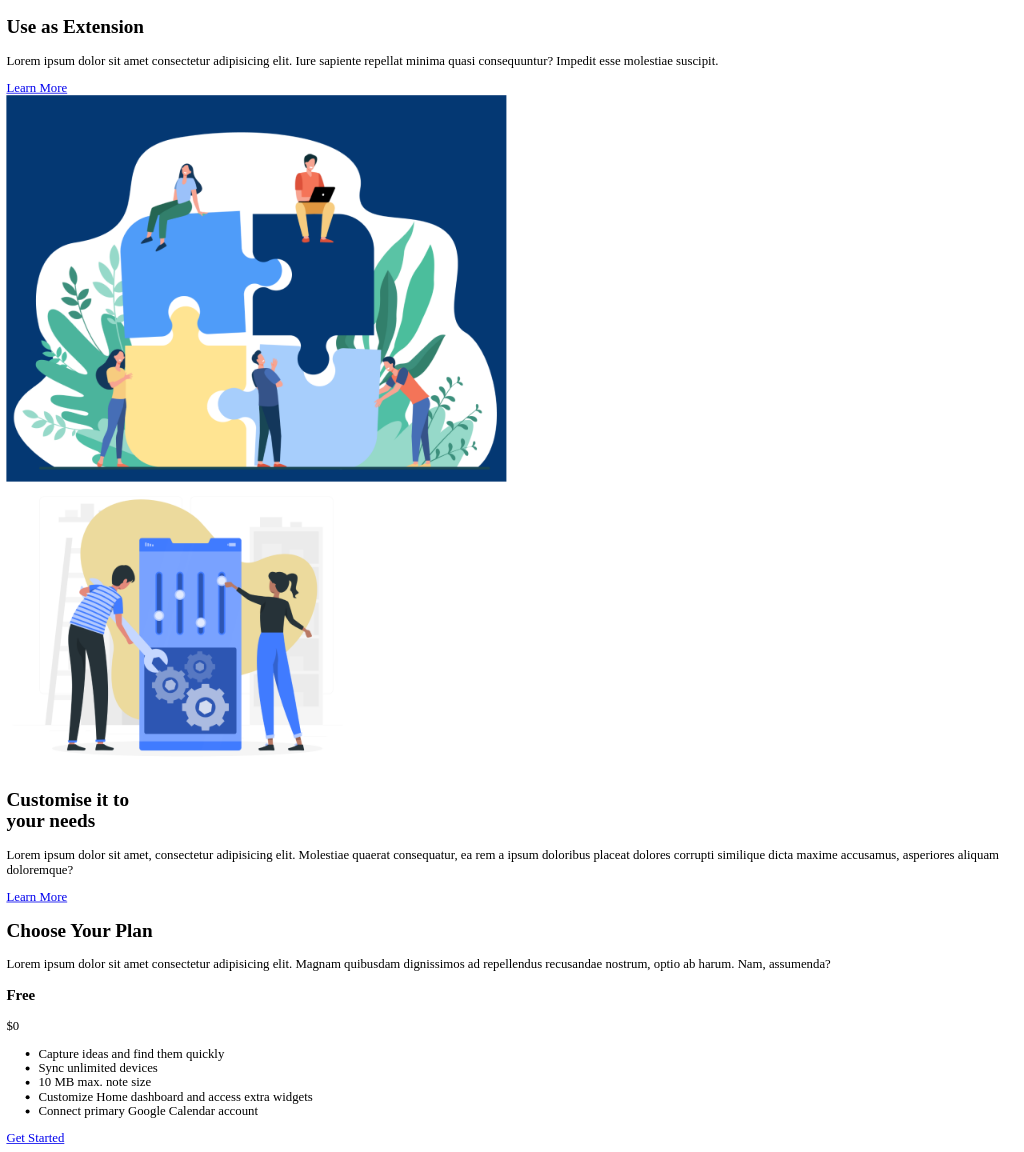
Repository: rinesagajtani0/whitespace_saas
Page: index.html
The author's editor kept a copy of each file at every save. The page is drawn from the files as they stood at one save, then again after the next save.
The browser window is 1280 px wide. The pictures show the whole page, at 80% of full size.

Above is the page before, as saved 2025-11-02 11:55:28.

### index.html
<!DOCTYPE html>
<html lang="en">
  <head>
    <meta charset="UTF-8" />
    <meta name="viewport" content="width=device-width, initial-scale=1.0" />
    <title>Document</title>
    <link rel="stylesheet" href="style.css" />
  </head>
  <body>
    <section class="hero hero-blue">
      <div class="hero__container">
        <div class="hero__content">
          <h2 class="hero__title">
            Use as <span class="highlight">Extension</span>
          </h2>
          <p class="hero__text">
            Lorem ipsum dolor sit amet consectetur adipisicing elit. Iure
            sapiente repellat minima quasi consequuntur? Impedit esse molestiae
            suscipit.
          </p>
          <a href="#" class="hero__btn btn btn--light">Learn More </a>
        </div>

        <div class="hero__image">
          <img src="img/foto1.png" alt="" />
        </div>
      </div>
    </section>

    <section class="costumsize">
      <div class="customise__container">
        <div class="customise__image">
          <img src="img/foto2.png" alt="" />
        </div>

        <div class="customise__content">
          <h2 class="customise__title">
            Customise it to <br />
            your needs
          </h2>
          <p class="customise__text">
            Lorem ipsum dolor sit amet, consectetur adipisicing elit. Molestiae
            quaerat consequatur, ea rem a ipsum doloribus placeat dolores
            corrupti similique dicta maxime accusamus, asperiores aliquam
            doloremque?
          </p>
          <a href="#" class="hero__btn btn btn--light">Learn More </a>
        </div>
      </div>
    </section>

    <section class="pricing">
      <div class="pricing__container">
        <h2 class="pricing__title">
          Choose <span class="highlight">Your Plan</span>
        </h2>
        <p class="pricing__text">
          Lorem ipsum dolor sit amet consectetur adipisicing elit. Magnam
          quibusdam dignissimos ad repellendus recusandae nostrum, optio ab
          harum. Nam, assumenda?
        </p>
      </div>

      <div class="pricing__cards">
        <div class="pricing__card">
          <h3 class="pricing__plan">Free</h3>
          <p class="pricing__price">$0</p>
           <ul class="pricing__features">
            <li>Capture ideas and find them quickly</li>
            <li>Sync unlimited devices</li>
            <li>10 MB max. note size</li>
            <li>Customize Home dashboard and access extra widgets</li>
            <li>Connect primary Google Calendar account</li>
          </ul>
          <a href="#" class="btn btn--outline">Get Started</a>
        </div>


        </div>
      </div>
    </section>
  </body>
</html>

Loaded but not shown: style.css (no stored copy; drawn as an empty file)

After the next save:
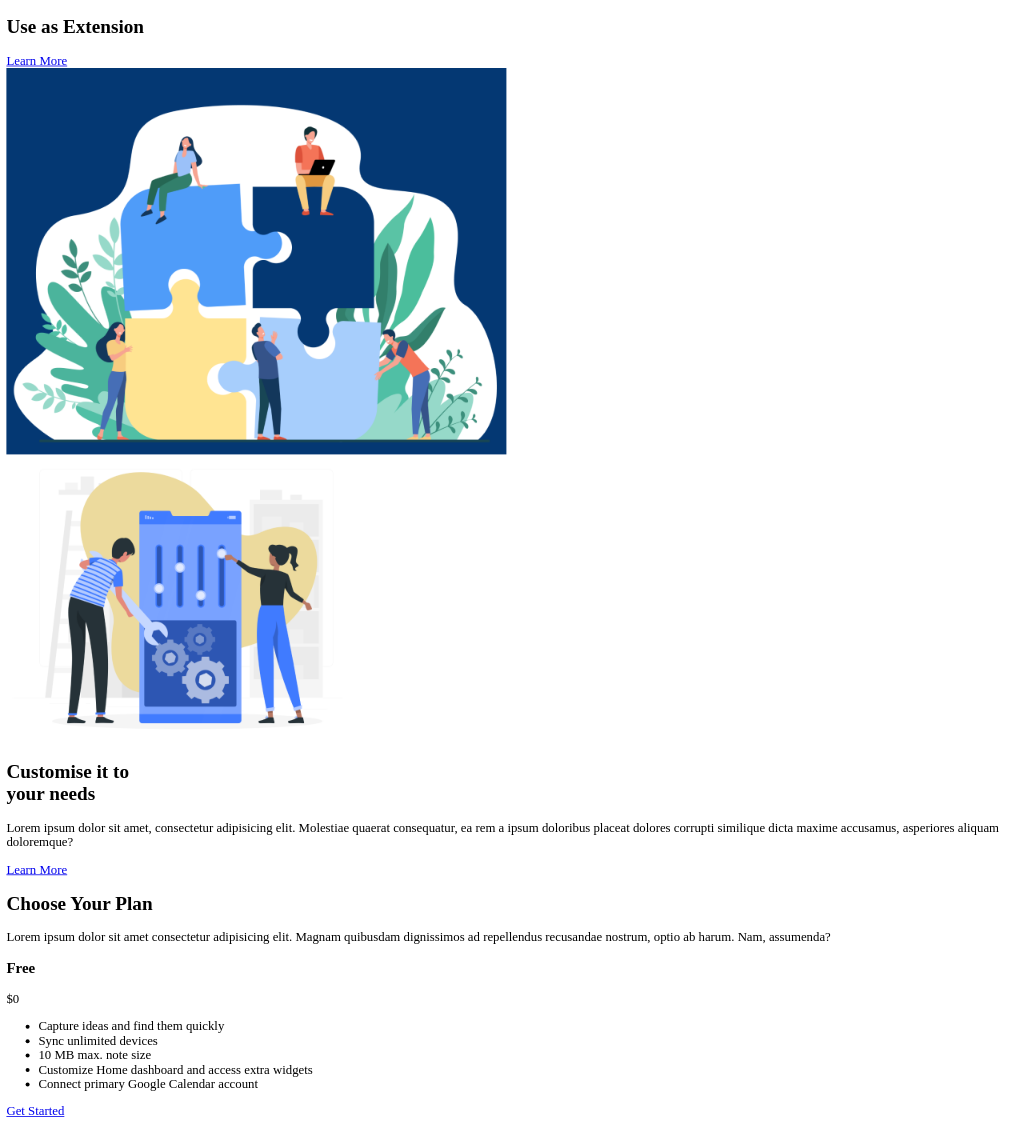
Saved 15 s later.
--- a/index.html
+++ b/index.html
@@ -14,9 +14,7 @@
             Use as <span class="highlight">Extension</span>
           </h2>
           <p class="hero__text">
-            Lorem ipsum dolor sit amet consectetur adipisicing elit. Iure
-            sapiente repellat minima quasi consequuntur? Impedit esse molestiae
-            suscipit.
+
           </p>
           <a href="#" class="hero__btn btn btn--light">Learn More </a>
         </div>

After the save that followed:
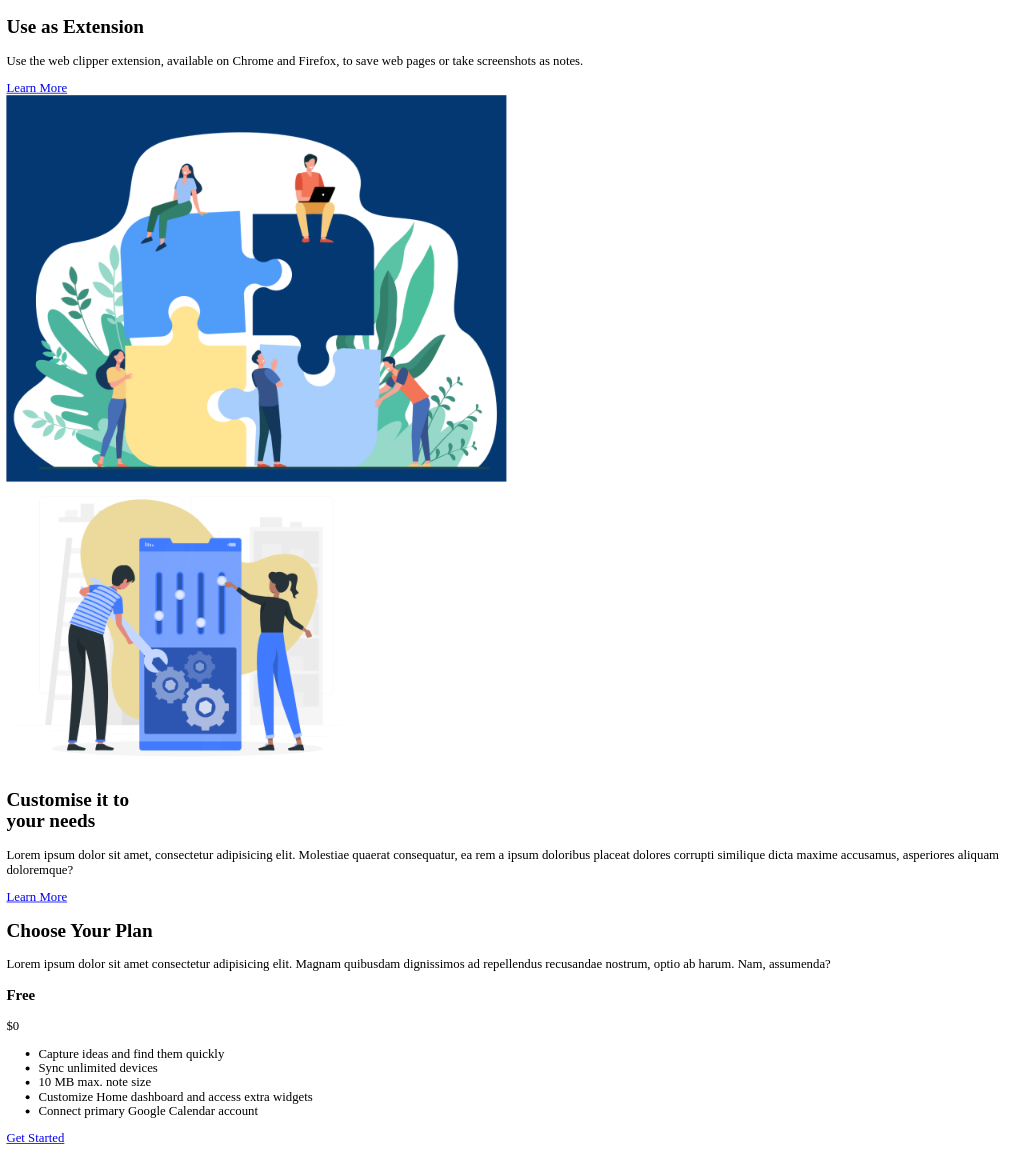
Saved 10 s later.
--- a/index.html
+++ b/index.html
@@ -14,6 +14,7 @@
             Use as <span class="highlight">Extension</span>
           </h2>
           <p class="hero__text">
+           Use the web clipper extension, available on Chrome and Firefox, to save web pages or take screenshots as notes.
 
           </p>
           <a href="#" class="hero__btn btn btn--light">Learn More </a>
